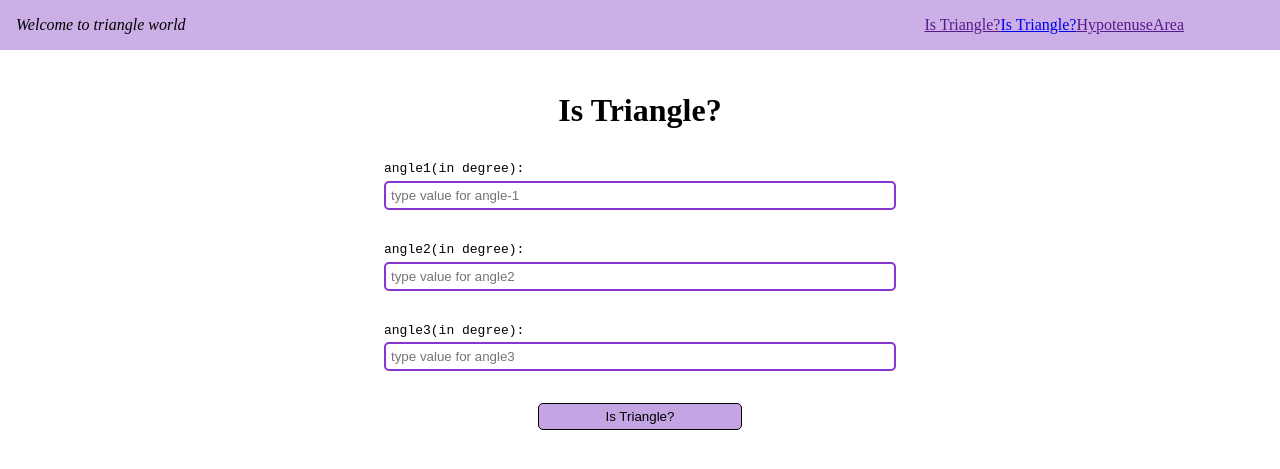
Repository: patelamancode/Fun-with-trianles
Page: index.html
These files come from the project's save history. The page is drawn as it stood at one moment and after the next save; the edit follows.
The browser window is 1280 px wide. The pictures show the whole page.

Above is the page before, as saved 2022-11-28 18:24:58.

### index.html
<!DOCTYPE html>
<html lang="en">

<head>
    <meta charset="UTF-8">
    <meta http-equiv="X-UA-Compatible" content="IE=edge">
    <meta name="viewport" content="width=device-width, initial-scale=1.0">
    <link rel="stylesheet" href="index.css">
    <title>Fun-With-Triangles</title>
</head>

<body>
    <nav id="navbar">
        <p id="nav-title">Welcome to triangle world</p>
        <div id="nav-links">
            <a href="" id="Is-triangle">Is Triangle?</a>
            <a href="quiz.html" id="Is-triangle">Is Triangle?</a>
            <a href="" id="hypo">Hypotenuse</a>
            <a href="" id="area">Area</a>
            <!-- <p id="Is-triangle">Is Triangle?</p>
            <p id="quiz">Quiz</p>
            <p id="hypo">Hypotenuse</p>
            <p id="area">Area</p> -->
        </div>
    </nav>
    <div id="main-container">
        <h1>Is Triangle?</h1>
        <p id="error-check-for-angles"></p>
        <label for="angle1">angle1(in degree):</label>
        <input type="text" id="angle1-input" placeholder="type value for angle-1">
        <label for="angle2">angle2(in degree):</label>
        <input type="text" id="angle2-input" placeholder="type value for angle2">
        <label for="angle3">angle3(in degree):</label>
        <input type="text" id="angle3-input" placeholder="type value for angle3">
        <button id="check-btn">Is Triangle?</button>
        <h2 id="result-display"></h2>
    </div>
    <script src="index.js"></script>
</body>

</html>

### index.css
* {
  margin: 0;
  padding: 0;
}

#navbar {
  background-color: rgba(143, 82, 201, 0.459);
  display: flex;
  flex-direction: row;
  justify-content: space-between;
  padding: 1rem;
}
#nav-title {
  font-style: italic;
  font-weight: 300;
  font-size: medium;
}
#nav-links {
  display: flex;
  flex-direction: row;
  justify-content: space-around;
  margin-right: 5rem;
}

#nav-links p {
    display: flex;
    margin-right: 1.5rem;
    cursor: pointer;
}

#main-container {
  display: flex;
  flex-direction: column;
  width: 40vw;
  margin: auto;
  margin-top: 2rem;
  padding: 10px;
  text-align: center;
}

.app-title {
  margin: 2rem 0 0 0;
}

#error-check-for-angles{
  background-color: yellow;
  display: none;
  padding: 0.5rem;
}

label {
  margin-top: 2rem;
  margin-bottom: 0.3rem;
  text-align: left;
  font-family: monospace;
}
input {
  border: 2px solid rgb(134, 55, 207);
  border-radius: 5px;
  padding: 5px;
}
#check-btn {
  margin: auto;
  text-align: center;
  margin-top: 2rem;
  width: 40%;
  padding: 5px 0px;
  background-color: rgba(143, 82, 201, 0.521);
  border: 1px solid;
  border-radius: 5px;
}
#result-display {
    display: none;
    padding-top: 1rem;
    font-style: italic;
    margin: auto;
  }

### index.js
const angle1 = document.querySelector('#angle1-input');
const angle2 = document.querySelector('#angle2-input');
const angle3 = document.querySelector('#angle3-input');
const button = document.querySelector('#check-btn');
const output = document.querySelector('#result-display');
const errorForInputs = document.querySelector('#error-check-for-angles');

// function errorForInputs(msg){
//     errorForInputs.style.display = "flex";
//     errorForInputs.innerText = msg;
// }
function showOutputMessage(msg){
    output.style.display = "flex";
    output.innerText = msg;
}
// For Is triangle :
function calculateSumOfAngles(input1,input2,input3){
    const sumOfAngles = input1 +input2 +input3;
    if(sumOfAngles === 180){
        showOutputMessage("Yeah..🤗This is a triangle");
    }else {
        showOutputMessage("Please enter some valid inputs to form a triangle 🤪");
    }
}
function isTriangle(){
    var num1 = Number(angle1.value);
    var num2 = Number(angle2.value);
    var num3 = Number(angle3.value);
    if(!num1 || !num2 || !num3){
        console.log("Please make sure about all inputs as per mention format");
    }else {
        calculateSumOfAngles(num1,num3,num3);
    }
}

// For Quiz :





button.addEventListener('click', function(){
    isTriangle();
})

After the next save:
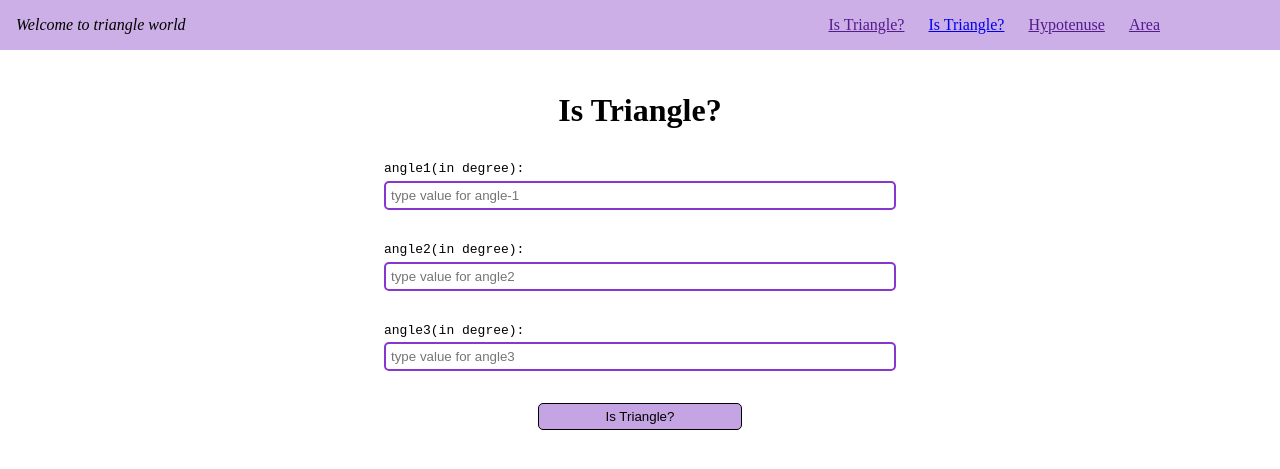
Saved 37 s later.
--- a/index.css
+++ b/index.css
@@ -22,7 +22,7 @@
   margin-right: 5rem;
 }
 
-#nav-links p {
+#nav-links a {
     display: flex;
     margin-right: 1.5rem;
     cursor: pointer;
